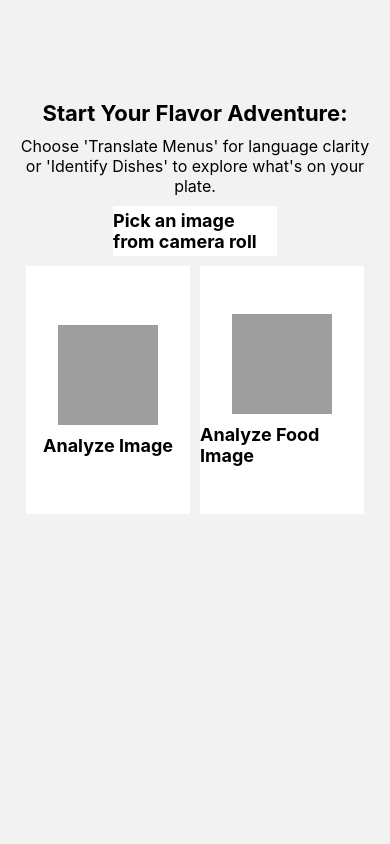
Repository: djdjdallas/taste-without-borders
Screen: /Home
The author's editor kept a copy of each file at every save. The screen is drawn from the files as they stood at one save, then again after the next save.
Pictures or frames that could not be fetched are drawn as grey boxes. The app was drawn by React Native's web renderer in a window 390 px wide. The project was rebuilt for these pictures with package versions that can differ from the ones it lists, and the page was loaded fresh each time.

Above is the screen before, as saved 2023-12-26 20:25:01.

After the next save:
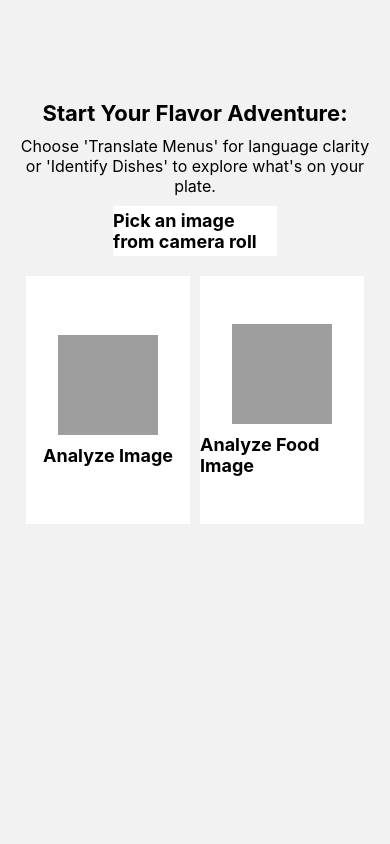
Saved 4 s later.
--- a/HomeScreen.js
+++ b/HomeScreen.js
@@ -231,7 +231,7 @@ const styles = StyleSheet.create({
   buttonGroup: {
     flex: 1,
     flexDirection: "row",
-    marginTop: 10,
+    marginTop: 20,
     gap: 10,
   },
   button: {
